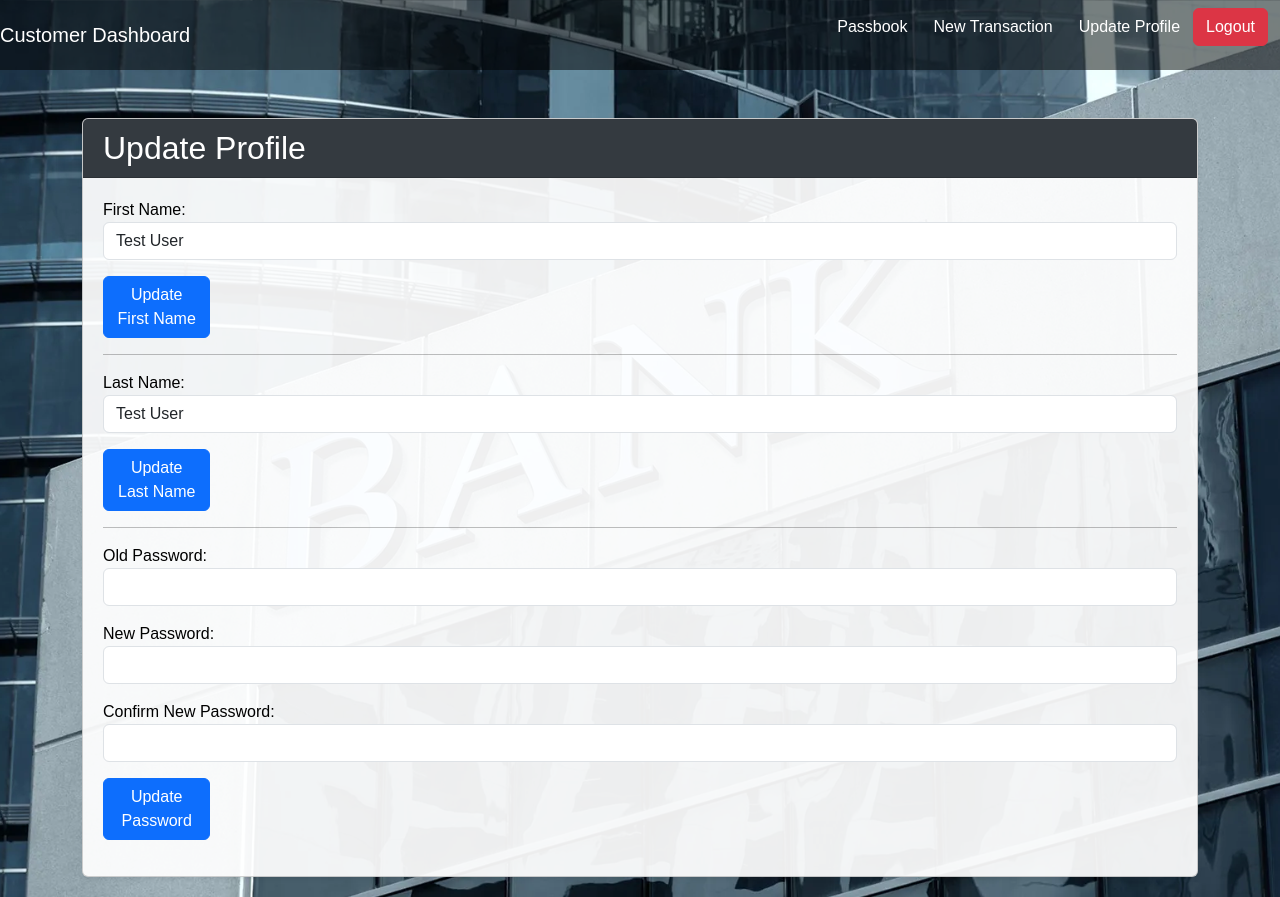
Repository: prathamsuhasia/swabhav-mini-project
Page: http://localhost/01-mini-project/UpdateProfile.jsp
These files come from the project's save history. The page is drawn as it stood at one moment and after the next save; the edit follows.
The browser window is 1280 px wide. The pictures show the whole page.
The page is served by Tomcat 9. The session is filled in as if someone had signed in: {"username": "testuser", "admin": "admin", "customer": "customer", "customerID": 1, "firstName": "Test User", "lastName": "Test User", "createdAt": 1, "accountNumbers": 1}.

Above is the page before, as saved 2024-08-16 04:49:25.

After the next save:
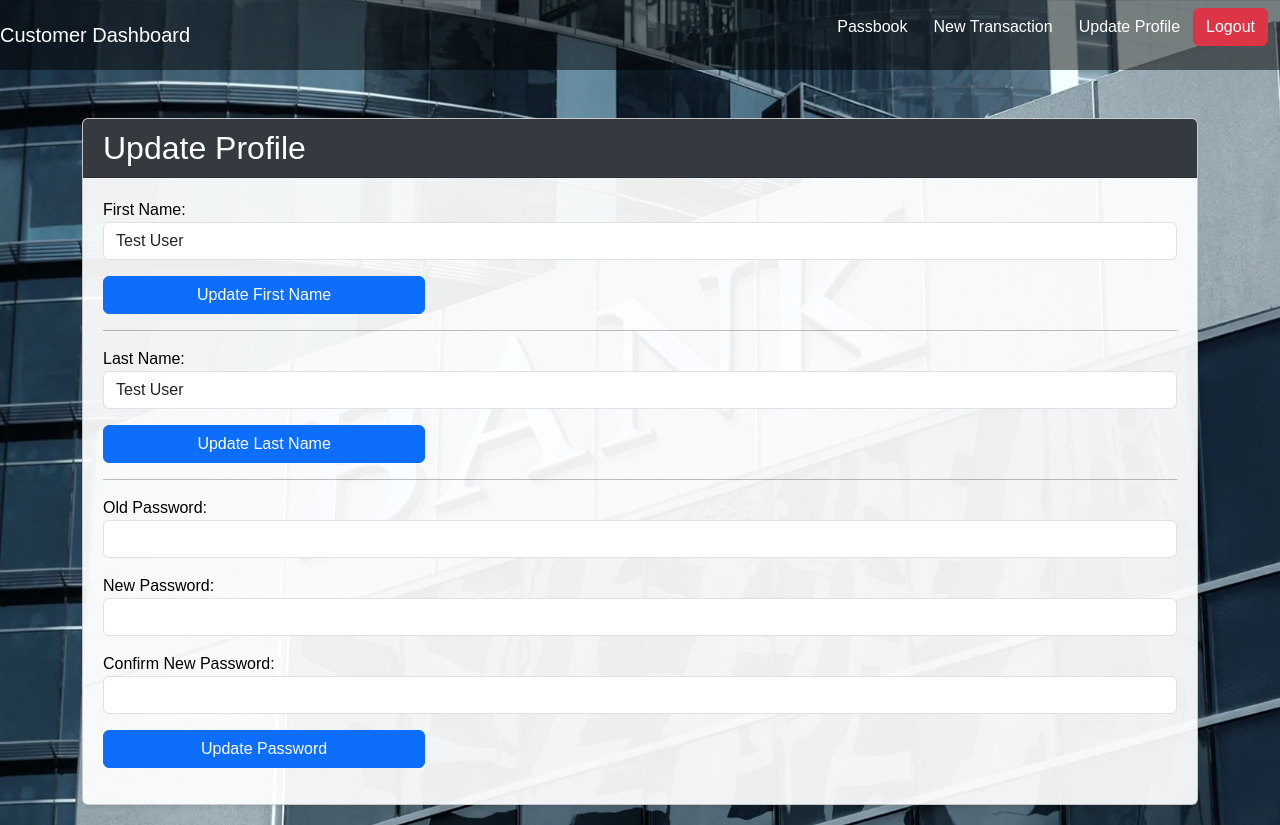
Saved 6 s later.
--- a/01-mini-project/WebContent/UpdateProfile.jsp
+++ b/01-mini-project/WebContent/UpdateProfile.jsp
@@ -95,7 +95,7 @@ body {
 }
 
 .card-profile .btn {
-	width: 10%;
+	width: 30%;
 }
 
 </style>
